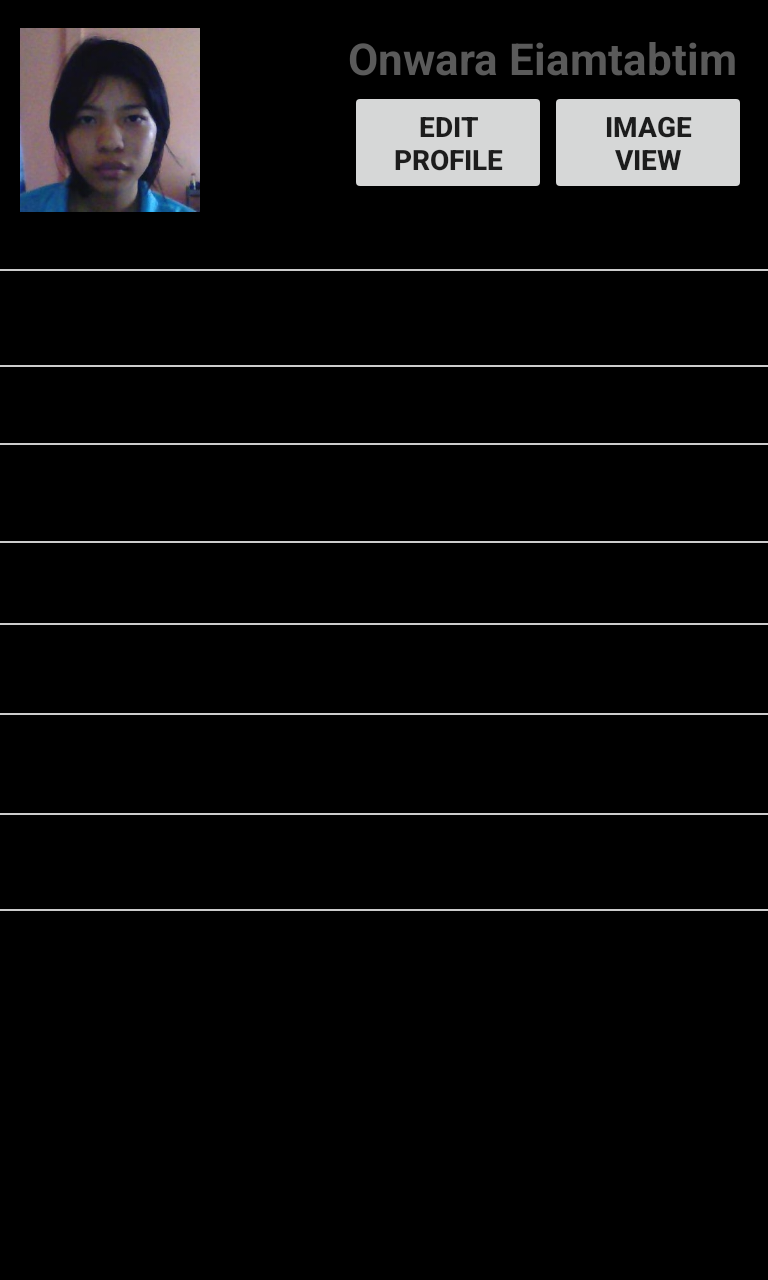
Repository: Android55410599/PROFILE
Layout: Resume_55410559/res/layout/activity_main.xml
These files come from the project's save history. The layout is drawn as it stood at one moment and after the next save; the edit follows.
It is drawn on a 768 x 1280 px phone screen (xhdpi) without system bars, with theme AppTheme; the app's code is not run.

Above is the layout before, as saved 2014-09-03 13:54:26.

### Resume_55410559/res/layout/activity_main.xml
<RelativeLayout xmlns:android="http://schemas.android.com/apk/res/android"
    xmlns:tools="http://schemas.android.com/tools"
    android:layout_width="match_parent"
    android:layout_height="match_parent"
    android:background="#000000"
    tools:context="com.example.resume_55410599.MainActivity" >

    <LinearLayout
        android:id="@+id/linearLayout1"
        android:layout_width="100dp"
        android:layout_height="100dp"
        android:layout_marginTop="10dp" >

        <ImageView
            android:id="@+id/imageView1"
            android:layout_width="wrap_content"
            android:layout_height="wrap_content"
            android:layout_marginLeft="10dp"
            android:src="@drawable/enn" />

    </LinearLayout>

    <TextView
        android:id="@+id/textView1"
        android:layout_width="wrap_content"
        android:layout_height="wrap_content"
        android:layout_alignLeft="@+id/linearLayout3"
        android:layout_alignParentTop="true"
        android:layout_marginTop="14dp"
        android:text="Onwara Eiamtabtim"
        android:textAppearance="?android:attr/textAppearanceLarge"
        android:textColor="#5A5A5A"
        android:textStyle="bold" />

    <LinearLayout
        android:id="@+id/linearLayout3"
        android:layout_width="wrap_content"
        android:layout_height="wrap_content"
        android:layout_alignParentRight="true"
        android:layout_below="@id/textView1"
        android:layout_marginRight="10dp"
        android:background="#000000" >

        <Button
            android:id="@+id/btn1"
            android:layout_width="100dp"
            android:layout_height="wrap_content"
            android:text="Edit Profile"
            android:textStyle="bold" />

        <Button
            android:id="@+id/btnimg"
            android:layout_width="100dp"
            android:layout_height="wrap_content"
            android:text="Image View"
            android:textStyle="bold" />

    </LinearLayout>

    <LinearLayout
        android:id="@+id/linearLayout2"
        android:layout_width="match_parent"
        android:layout_height="wrap_content"
        android:layout_alignParentLeft="true"
        android:layout_below="@+id/linearLayout1" >

        <TextView
            android:id="@+id/textView2"
            android:layout_width="wrap_content"
            android:layout_height="wrap_content"
            android:layout_marginLeft="5dp"
            android:text="Student in Burapha University BC 15"
            android:textAppearance="?android:attr/textAppearanceMedium"
            android:textStyle="bold|italic" />

    </LinearLayout>

    <TextView
        android:id="@+id/textView3"
        android:layout_width="wrap_content"
        android:layout_height="wrap_content"
        android:layout_alignParentLeft="true"
        android:layout_below="@+id/view1"
        android:layout_marginLeft="15dp"
        android:layout_marginTop="14dp"
        android:text="Age"
        android:textStyle="bold" />

    <TextView
        android:id="@+id/textView4"
        android:layout_width="wrap_content"
        android:layout_height="wrap_content"
        android:layout_alignBaseline="@+id/textView3"
        android:layout_alignBottom="@+id/textView3"
        android:layout_alignRight="@+id/textView1"
        android:text="21" />

    <TextView
        android:id="@+id/textView6"
        android:layout_width="wrap_content"
        android:layout_height="wrap_content"
        android:layout_alignBottom="@+id/view3"
        android:layout_alignRight="@+id/linearLayout3"
        android:layout_marginBottom="14dp"
        android:text="Female" />

    <TextView
        android:id="@+id/textView5"
        android:layout_width="wrap_content"
        android:layout_height="wrap_content"
        android:layout_alignBaseline="@+id/textView6"
        android:layout_alignBottom="@+id/textView6"
        android:layout_alignLeft="@+id/textView3"
        android:text="Sex"
        android:textStyle="bold" />

    <TextView
        android:id="@+id/textView7"
        android:layout_width="wrap_content"
        android:layout_height="wrap_content"
        android:layout_alignBottom="@+id/View01"
        android:layout_alignLeft="@+id/textView5"
        android:layout_marginBottom="16dp"
        android:text="Nickname"
        android:textStyle="bold" />

    <TextView
        android:id="@+id/textView8"
        android:layout_width="wrap_content"
        android:layout_height="wrap_content"
        android:layout_alignBaseline="@+id/textView7"
        android:layout_alignBottom="@+id/textView7"
        android:layout_alignRight="@+id/textView4"
        android:text="On" />

    <TextView
        android:id="@+id/textView10"
        android:layout_width="wrap_content"
        android:layout_height="wrap_content"
        android:layout_alignBottom="@+id/View02"
        android:layout_alignRight="@+id/textView6"
        android:layout_marginBottom="14dp"
        android:text="Computer Business" />

    <TextView
        android:id="@+id/textView9"
        android:layout_width="wrap_content"
        android:layout_height="wrap_content"
        android:layout_alignBaseline="@+id/textView10"
        android:layout_alignBottom="@+id/textView10"
        android:layout_alignRight="@+id/textView13"
        android:text="Major"
        android:textStyle="bold" />

    <TextView
        android:id="@+id/textView12"
        android:layout_width="wrap_content"
        android:layout_height="wrap_content"
        android:layout_alignBottom="@+id/View03"
        android:layout_alignLeft="@+id/textView10"
        android:layout_marginBottom="16dp"
        android:text="Science and Social " />

    <TextView
        android:id="@+id/textView11"
        android:layout_width="wrap_content"
        android:layout_height="wrap_content"
        android:layout_alignBaseline="@+id/textView12"
        android:layout_alignBottom="@+id/textView12"
        android:layout_alignLeft="@+id/textView7"
        android:text="Faculty"
        android:textStyle="bold" />

    <TextView
        android:id="@+id/textView14"
        android:layout_width="wrap_content"
        android:layout_height="wrap_content"
        android:layout_alignRight="@+id/textView16"
        android:layout_below="@+id/View03"
        android:layout_marginTop="16dp"
        android:text="3" />

    <TextView
        android:id="@+id/textView13"
        android:layout_width="wrap_content"
        android:layout_height="wrap_content"
        android:layout_alignBaseline="@+id/textView14"
        android:layout_alignBottom="@+id/textView14"
        android:layout_alignLeft="@+id/textView11"
        android:text="Grade"
        android:textStyle="bold" />

    <TextView
        android:id="@+id/textView16"
        android:layout_width="wrap_content"
        android:layout_height="wrap_content"
        android:layout_alignBaseline="@+id/textView15"
        android:layout_alignBottom="@+id/textView15"
        android:layout_alignRight="@+id/textView10"
        android:text="Burapha University" />

    <View
        android:id="@+id/View02"
        android:layout_width="wrap_content"
        android:layout_height="1dp"
        android:layout_alignParentLeft="true"
        android:layout_below="@+id/View01"
        android:layout_marginTop="40dp"
        android:background="#cccccc" />

    <TextView
        android:id="@+id/textView15"
        android:layout_width="wrap_content"
        android:layout_height="wrap_content"
        android:layout_alignLeft="@+id/textView9"
        android:layout_below="@+id/View04"
        android:layout_marginTop="14dp"
        android:text="University"
        android:textStyle="bold" />

    <View
        android:id="@+id/view1"
        android:layout_width="wrap_content"
        android:layout_height="1dp"
        android:layout_alignParentLeft="true"
        android:layout_below="@+id/linearLayout2"
        android:background="#cccccc" />

    <View
        android:id="@+id/view2"
        android:layout_width="wrap_content"
        android:layout_height="1dp"
        android:layout_alignParentLeft="true"
        android:layout_below="@+id/textView3"
        android:layout_marginTop="14dp"
        android:background="#cccccc" />

    <View
        android:id="@+id/View04"
        android:layout_width="wrap_content"
        android:layout_height="1dp"
        android:layout_alignParentLeft="true"
        android:layout_below="@+id/textView14"
        android:layout_marginTop="14dp"
        android:background="#cccccc" />

    <View
        android:id="@+id/View05"
        android:layout_width="wrap_content"
        android:layout_height="1dp"
        android:layout_alignParentLeft="true"
        android:layout_below="@+id/textView16"
        android:layout_marginTop="14dp"
        android:background="#cccccc" />

    <View
        android:id="@+id/View03"
        android:layout_width="wrap_content"
        android:layout_height="1dp"
        android:layout_alignParentLeft="true"
        android:layout_below="@+id/textView10"
        android:layout_marginTop="44dp"
        android:background="#cccccc" />

    <View
        android:id="@+id/View01"
        android:layout_width="wrap_content"
        android:layout_height="1dp"
        android:layout_alignParentLeft="true"
        android:layout_below="@+id/textView6"
        android:layout_marginTop="48dp"
        android:background="#cccccc" />

    <View
        android:id="@+id/view3"
        android:layout_width="wrap_content"
        android:layout_height="1dp"
        android:layout_alignParentLeft="true"
        android:layout_below="@+id/view2"
        android:layout_marginTop="38dp"
        android:background="#cccccc" />

</RelativeLayout>

Loaded but not shown: Resume_55410559/res/values/styles.xml (common file); Resume_55410559/res/values-v11/styles.xml (common file); Resume_55410559/res/values-v14/styles.xml (common file)

After the next save:
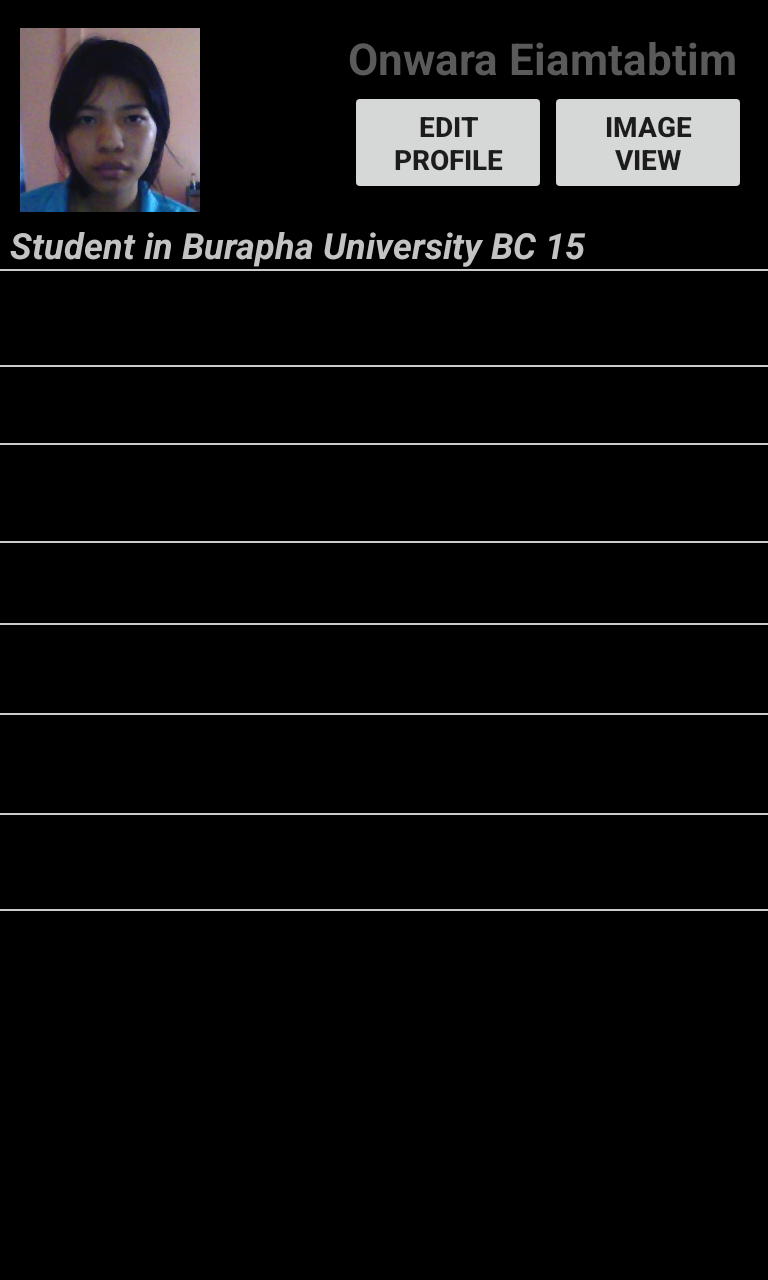
Saved 47 s later.
--- a/Resume_55410559/res/layout/activity_main.xml
+++ b/Resume_55410559/res/layout/activity_main.xml
@@ -71,6 +71,7 @@
             android:layout_marginLeft="5dp"
             android:text="Student in Burapha University BC 15"
             android:textAppearance="?android:attr/textAppearanceMedium"
+            android:textColor="#C3C3C3"
             android:textStyle="bold|italic" />
 
     </LinearLayout>
